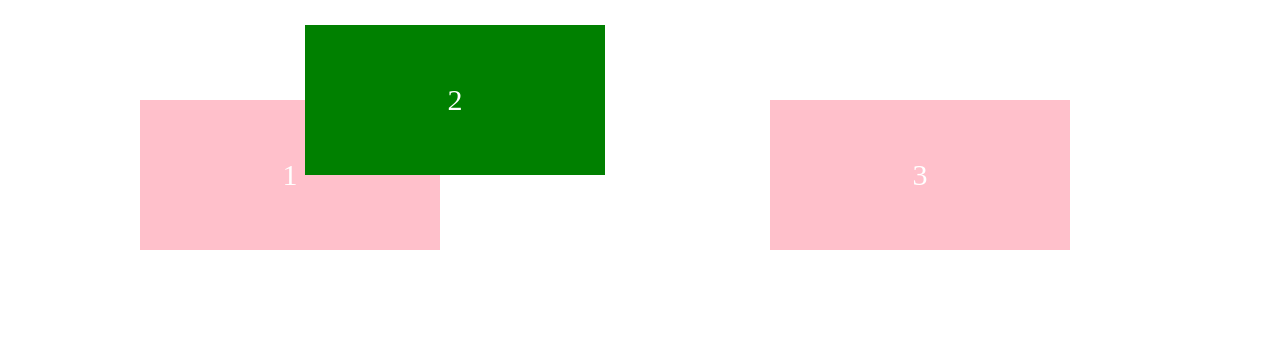
Repository: Germtao/Web
Page: web_css/css3_动画.html
The author's editor kept a copy of each file at every save. The page is drawn from the files as they stood at one save, then again after the next save.
The browser window is 1280 px wide. The pictures show the whole page.
The pointer rests on the first visible `div:nth-child(2)`.

Above is the page before, as saved 2020-11-03 10:34:12.

### web_css/css3_动画.html
<!DOCTYPE html>
<html lang="en">

<head>
  <meta charset="UTF-8">
  <meta name="viewport" content="width=device-width, initial-scale=1.0">
  <title>CSS3-动画</title>

  <!-- <style>
    .box {
      width: 200px;
      height: 200px;
      background-color: green;
      margin: 100px auto;

      /* 只让宽度在变化时进行过渡 */
      /* transition: width 2s linear 0s; */

      /* 宽度、背景色在变化时，进行过渡 */
      transition: all 2s linear 0s;
    }

    .box:hover {
      width: 500px;
      background-color: orange;
    }
  </style> -->

  <!-- 过渡动画：商品详情 -->
  <!-- <style>
    body {
      margin: 0;
      padding: 0;
      background-color: #eeeeee;
    }

    .content {
      width: 800px;
      height: 320px;
      padding-left: 20px;
      margin: 80px auto;
    }

    .item {
      width: 230px;
      height: 300px;
      text-align: center;
      margin-right: 20px;
      background-color: #FFF;
      float: left;
      position: relative;
      top: 0;
      /* 让溢出的内容隐藏起来。意思是让下方的橙色方形先躲起来 */
      overflow: hidden;
      /* 从最初到鼠标悬停时的过渡 */
      transition: all .5s;
    }

    .item img {
      margin-top: 30px;
    }

    .item .desc {
      position: absolute;
      left: 0;
      bottom: -80px;
      width: 100%;
      height: 80px;
      background-color: #ff6700;
      transition: all .5s;
    }

    /* 鼠标悬停时，让 item 整体往上移动5px，且加一点阴影 */
    .item:hover {
      top: -5px;
      box-shadow: 0 0 15px #AAA;
    }

    /* 鼠标悬停时，让下方的橙色方形现身 */
    .item:hover .desc {
      bottom: 0;
    }
  </style> -->

  <!-- 2D转换动画 -->
  <style>
    .box {
      width: 1000px;
      margin: 100px auto;
    }

    /* .box div { */
    .box>div {
      width: 300px;
      height: 150px;
      background-color: pink;
      float: left;
      margin-right: 15px;
      color: white;
      text-align: center;
      font: 400 30px/150px "宋体";
    }

    /* .box .box2 {
      background-color: greenyellow;
      transition: all 1s;
    } */
    div:nth-child(2) {
      background-color: greenyellow;
      transition: all 1s;
    }

    /* .box .box2:hover {
      background-color: green; */
    /* 缩放 */
    /* transform: scale(2, 0.5); */
    /* } */
    div:nth-child(2):hover {
      background-color: green;
      /* 位移 */
      transform: translate(-50%, -50%);
    }
  </style>
</head>

<body>
  <!-- <div class="box"></div> -->

  <!-- 过渡动画：商品详情 -->
  <!-- <div class="content">
    <div class="item">
      <img src="img/倪妮.jpg" alt="">
    </div>

    <div class="item">
      <img src="img/宋轶.jpeg" alt="">
      <span class="desc"></span>
    </div>

    <div class="item">
      <img src="img/李沁.jpg" alt="">
      <span class="desc"></span>
    </div>
  </div> -->

  <!-- 2D转换动画 -->
  <div class="box">
    <div class="box1">1</div>
    <div class="box2">2</div>
    <div class="box3">3</div>
  </div>
</body>

</html>

After the next save:
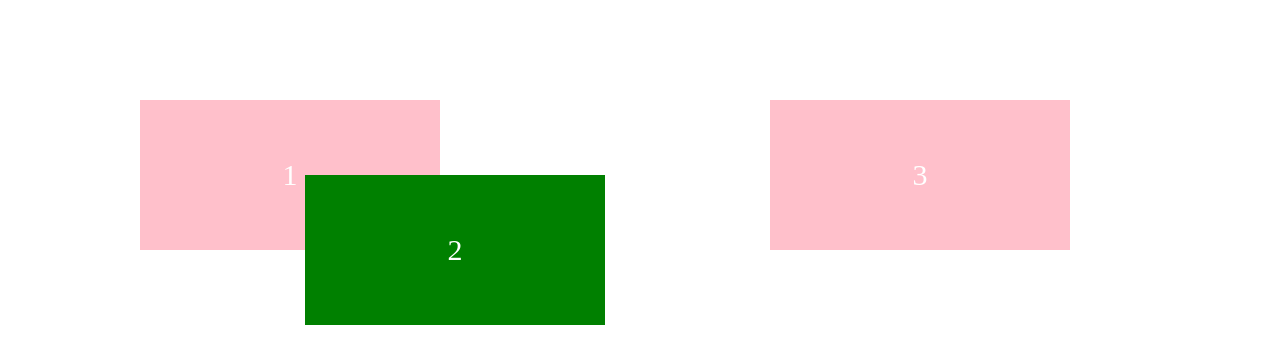
Saved 13 s later.
--- a/web_css/css3_动画.html
+++ b/web_css/css3_动画.html
@@ -118,7 +118,7 @@
     div:nth-child(2):hover {
       background-color: green;
       /* 位移 */
-      transform: translate(-50%, -50%);
+      transform: translate(-50%, 50%);
     }
   </style>
 </head>
